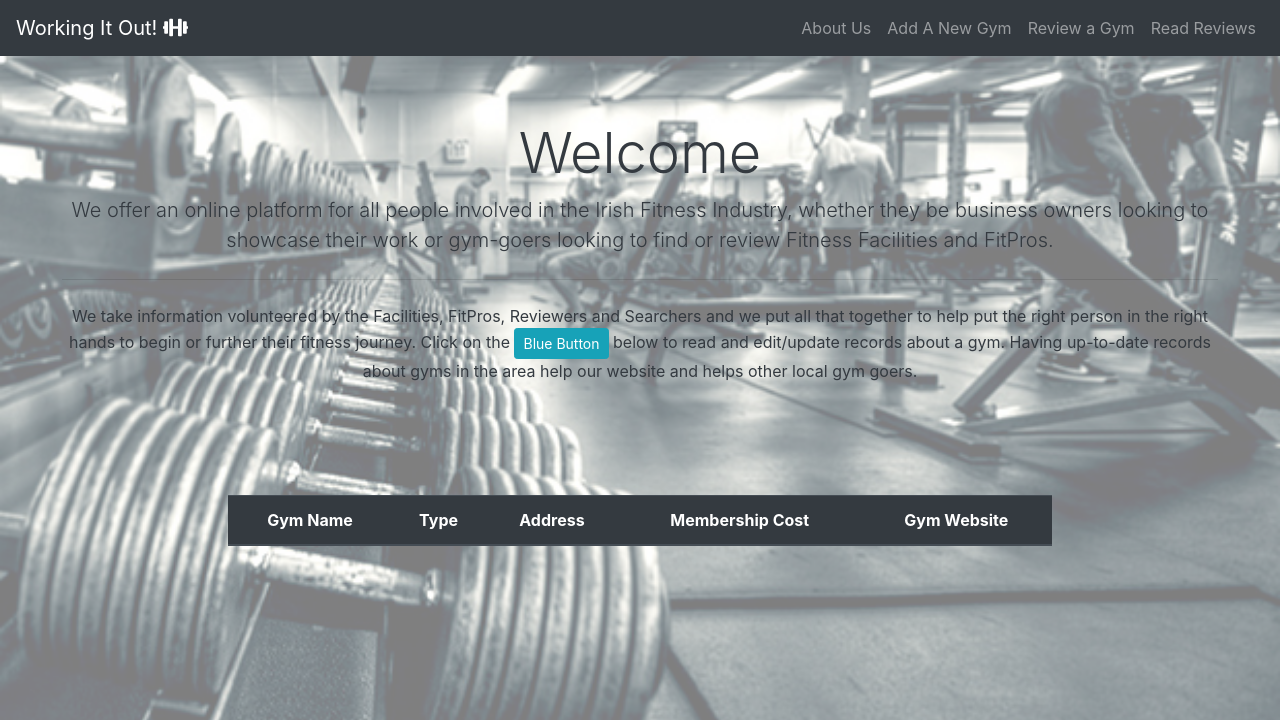
Repository: cgaynor91/Working_It_Out
Page: http://localhost/
The author's editor kept a record of every edit. The page is drawn from the files as they stood at one moment, then again after the next edit.
The browser window is 1280 px wide. The pictures show the whole page.
Some web libraries are served in a nearby version. The page is served by the project's application, run on Flask 3 (app.py). Queries for data that is not in the repository find no rows.

Above is the page before.

After the next edit:
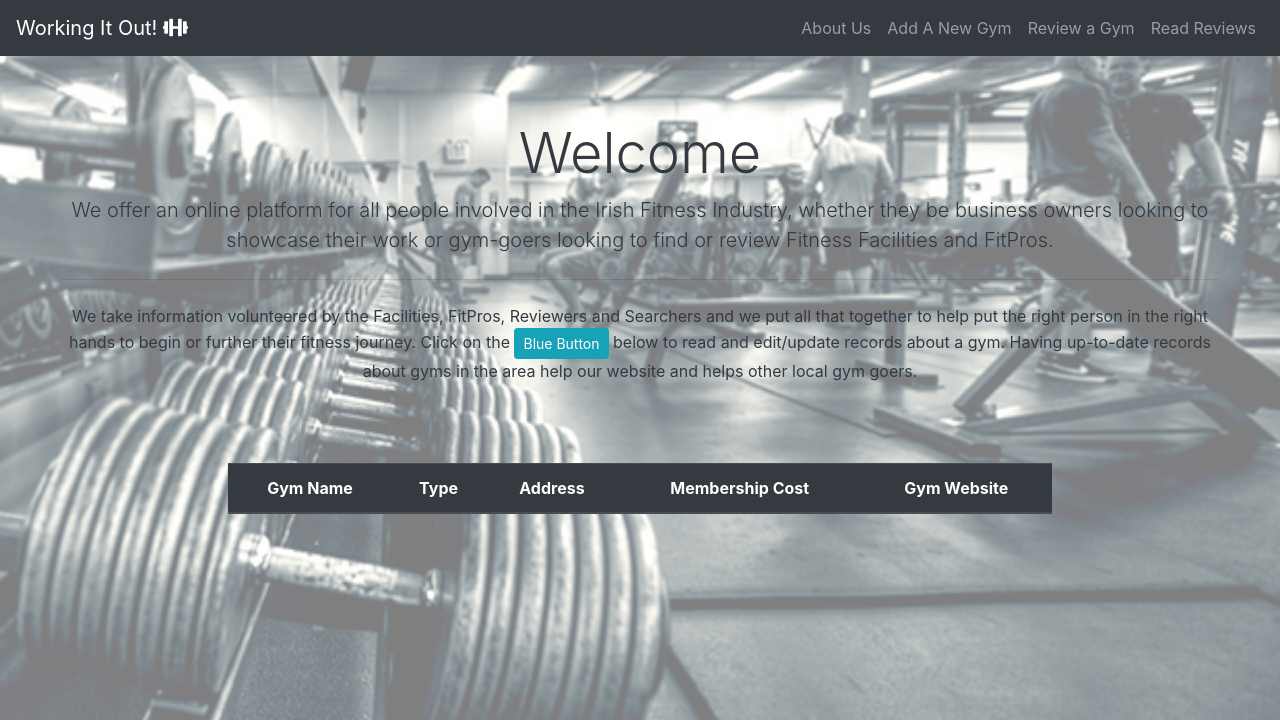
The edit:
--- a/static/css/style.css
+++ b/static/css/style.css
@@ -29,6 +29,7 @@
 
 .jumbotron {
     background-color: transparent;
+    margin-bottom: 0px;
 }
 
 .jumbo-text {
